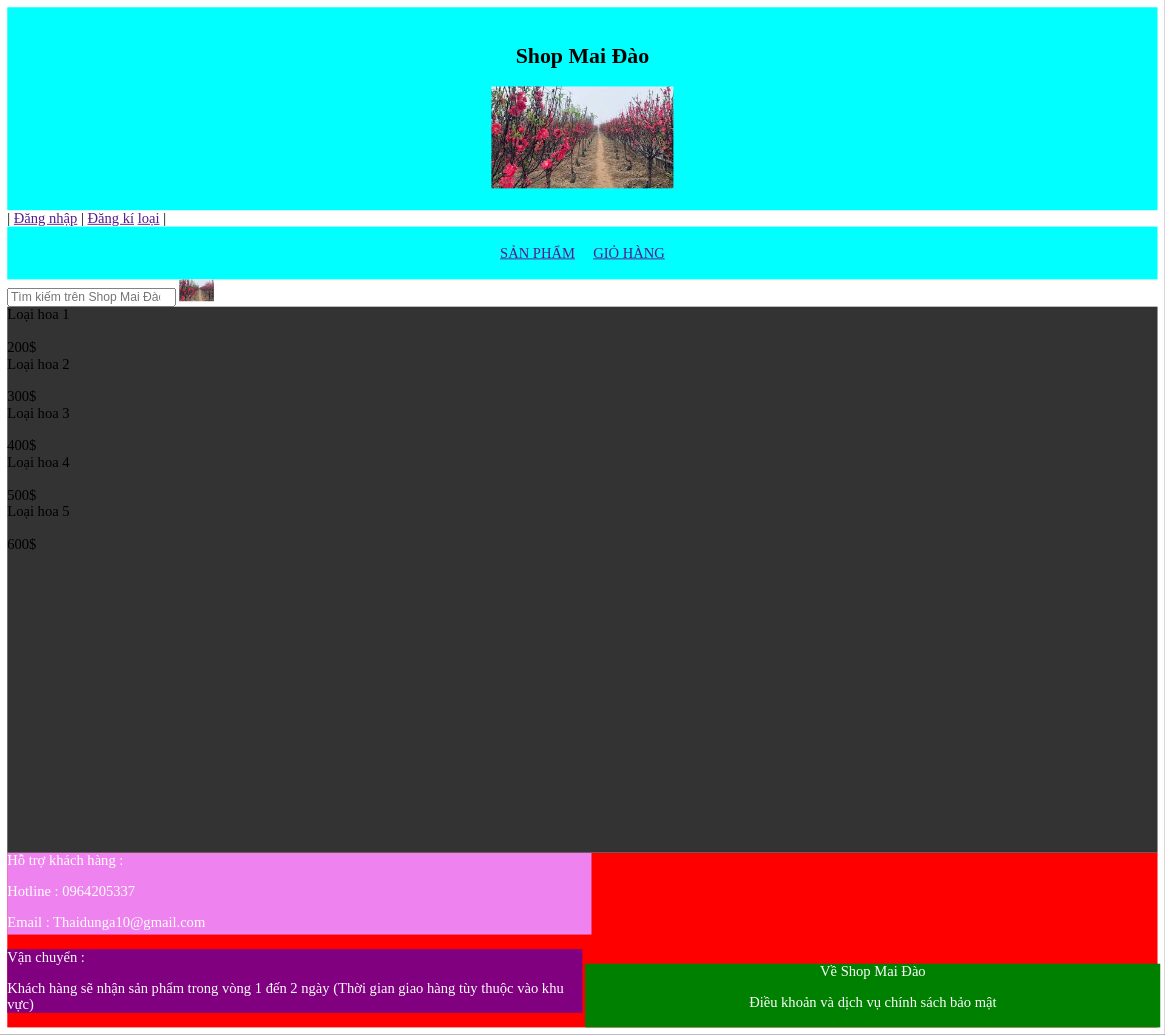
Repository: 08PS22617Dung/08-PS22617-D-ng
Page: agm2/index.html
An editor plug-in stored every save of this project. The page is shown before and after the next save, followed by the edit.
The browser window is 1280 px wide. The pictures show the whole page, at 91% of full size.

Above is the page before, as saved 2022-02-14 09:07:17.
Not found: agm2/dangki.html
Not found: agm2/dangnhap.html

### agm2/index.html
<!DOCTYPE html>
<html lang="en">

<head>
    <meta charset="UTF-8">
    <meta http-equiv="X-UA-Compatible" content="IE=edge">
    <meta name="viewport" content="width=device-width, initial-scale=1.0">
    <title>Document</title>
    <link rel="stylesheet" href="1.css">
    <link rel="stylesheet" href="dangnhap.html">
    <link rel="stylesheet" href="dangki.html">
</head>

<body>
    <header>
        <div box="container">
            <nav>
                <h1>Shop Mai Đào</h1>
                <img width="200px" src="img/images.jfif">
            </nav>
            <div class="xin chào">|
                <a href="">Đăng nhập</a> |
                <a href="">Đăng kí</a>
                <a href="">loại</a> |
            </div>
            <nav class="lựa chọn">
                <a href="">SẢN PHẨM</a>&emsp;
                <a href="">GIỎ HÀNG</a>
            </nav>
            <div class="searh-text">
                <input type="search" name="Tìm kiếm" placeholder="Tìm kiếm trên Shop Mai Đào...">

                <img src="img/images.jfif" width="38" height="24">
                <a href="#" class="search-btn">
                    <i class="fa fa-search"></i>
                </a>
            </div>
            <article>
                <div class="box-26">
                    <div class="Loại 1">
                        <div class="Ten">Loại hoa 1</div>
                        <img src="" alt="" />
                        <div class="gia">200$</div>
                    </div>
                </div>
                <div class="box-26">
                    <div class="Loại 2">
                        <div class="Ten">Loại hoa 2</div>
                        <img src="" alt="" />
                        <div class="gia">300$</div>
                    </div>
                </div>
                <div class="box-26">
                    <div class="Loại 3">
                        <div class="Ten">Loại hoa 3</div>
                        <img src="" alt="" />
                        <div class="gia">400$</div>
                    </div>
                </div>
                <div class="box-26">
                    <div class="Loại 4">
                        <div class="Ten">Loại hoa 4</div>
                        <img src="" alt="" />
                        <div class="gia">500$</div>
                    </div>
                </div>
                <div class="box-26">
                    <div class="Loại 5">
                        <div class="Ten">Loại hoa 5</div>
                        <img src="" alt="" />
                        <div class="gia">600$</div>
                    </div>
                </div>
            </article>
            <footer>
            <div class="box--1">
                <p class="box--letter">Hỗ trợ khách hàng :</p>
                <p>Hotline : 0964205337</p>
                <p>Email : Thaidunga10@gmail.com</p>
              </div>
              <div class="box--2">
                <p class="box--letter">Vận chuyển :</p>
                <p>
                  Khách hàng sẽ nhận sản phẩm trong vòng 1 đến 2 ngày (Thời gian giao hàng tùy thuộc vào khu vực)
                </p>
              </div>
              <div class="box--3">
                <p class="box--letter">Về Shop Mai Đào</p>
                <p>Điều khoản và dịch vụ chính sách bảo mật</p>
              </div>
            </footer>
    </header>
    </div>
</body>

</html>

### agm2/1.css
nav{
    background: aqua;
    padding:20px;
    text-align: center;
}
article {
    min-height: 600px;
    width: 100%;
    float: left;
    background-color: #333;
}
.box--1 {
    width: 50%;
    background-color: violet;
    height: 90px;
    padding-right: 10px;
  }
.box--2 {
    background-color: purple;
    width: 50%;
    height: 70px;
  }
.box--3 {
    background-color: green;
    width: 50%;
    height: 70px;
    text-align: center;
    margin-top: -70px;
    margin-left: 39.7rem;
  }
footer {
    padding: 0 auto;
    color: white;
    clear: left;
    background-color: red;
  }

After the next save:
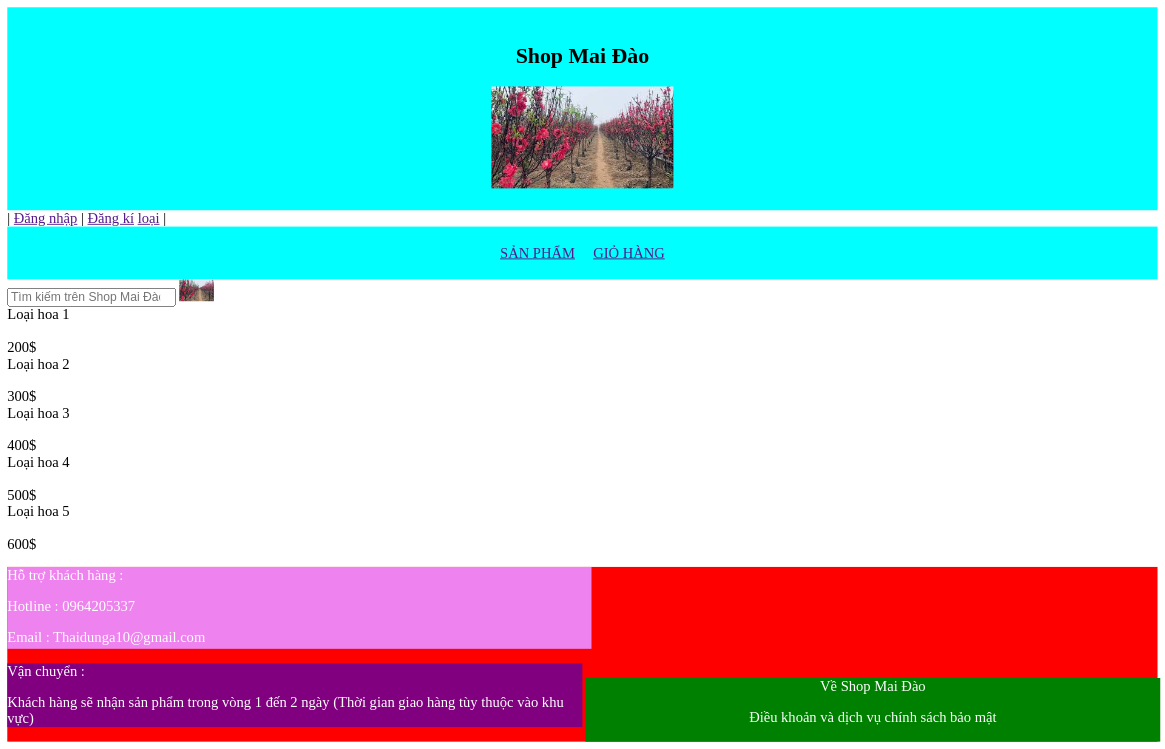
Saved 39 s later.
--- a/agm2/1.css
+++ b/agm2/1.css
@@ -2,12 +2,6 @@ nav{
     background: aqua;
     padding:20px;
     text-align: center;
-}
-article {
-    min-height: 600px;
-    width: 100%;
-    float: left;
-    background-color: #333;
 }
 .box--1 {
     width: 50%;
